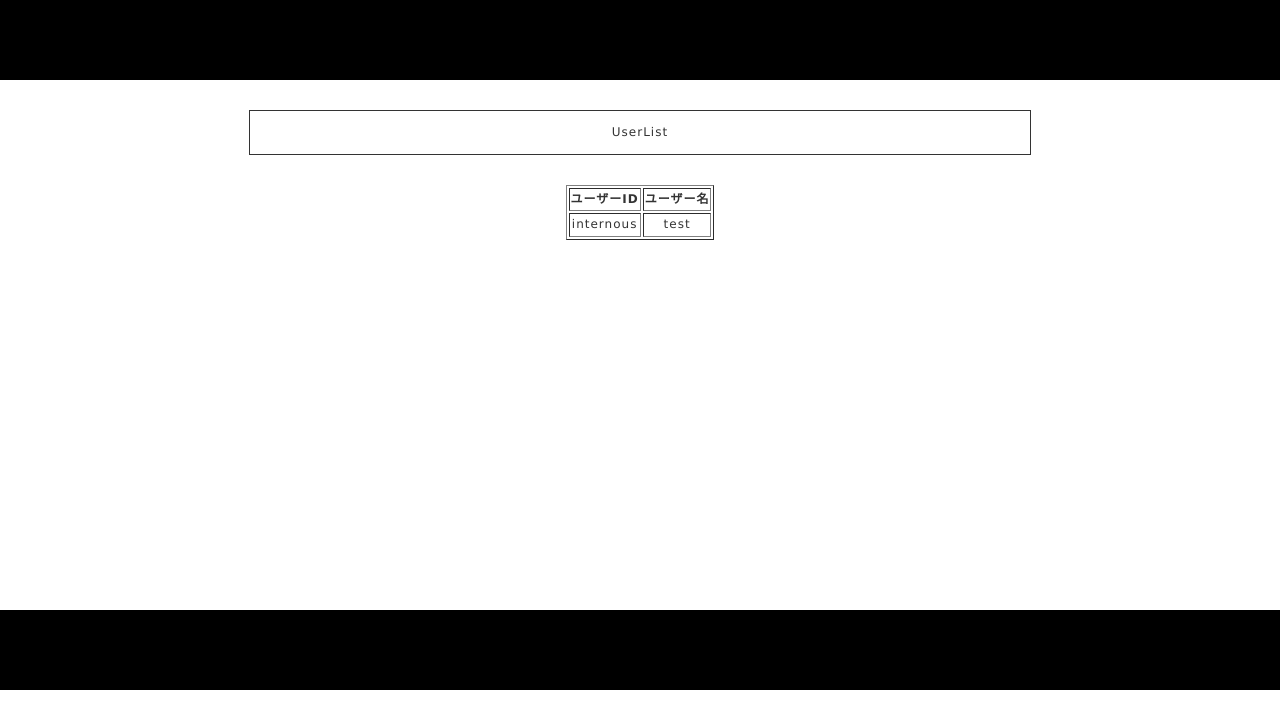
Repository: user-yo-yo/test
Page: http://localhost/ecsite/UserListAction.action
These files come from the project's save history. The page is drawn as it stood at one moment and after the next save; the edit follows.
The browser window is 1280 px wide. The pictures show the whole page.
The page is served by Tomcat 9. The database holds what the project's SQL file puts in it.

Above is the page before, as saved 2019-03-14 06:39:11.

After the next save:
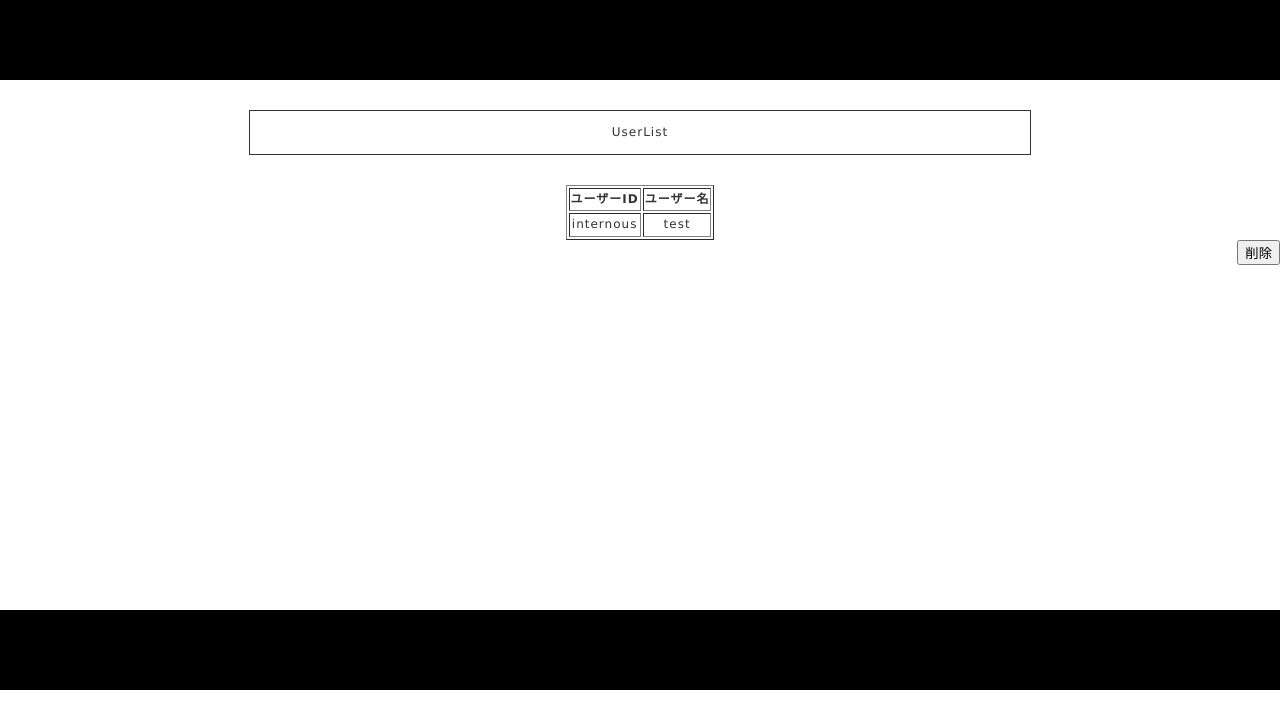
Saved 63 s later.
--- a/ecsite/WebContent/userList.jsp
+++ b/ecsite/WebContent/userList.jsp
@@ -76,10 +76,10 @@ table{
 		</div>
 		<div>
 			<table border="1">
-					<tr>
-						<th>ユーザーID</th>
-						<th>ユーザー名</th>
-					</tr>
+				<tr>
+					<th>ユーザーID</th>
+					<th>ユーザー名</th>
+				</tr>
 					<s:iterator value="#session.userListDTOList">
 						<tr>
 							<td><s:property value="userId"/></td>
@@ -87,6 +87,9 @@ table{
 						</tr>
 					</s:iterator>
 				</table>
+				<div>
+					<s:submit value="削除" />
+				</div>
 		</div>
 	</div>
 
